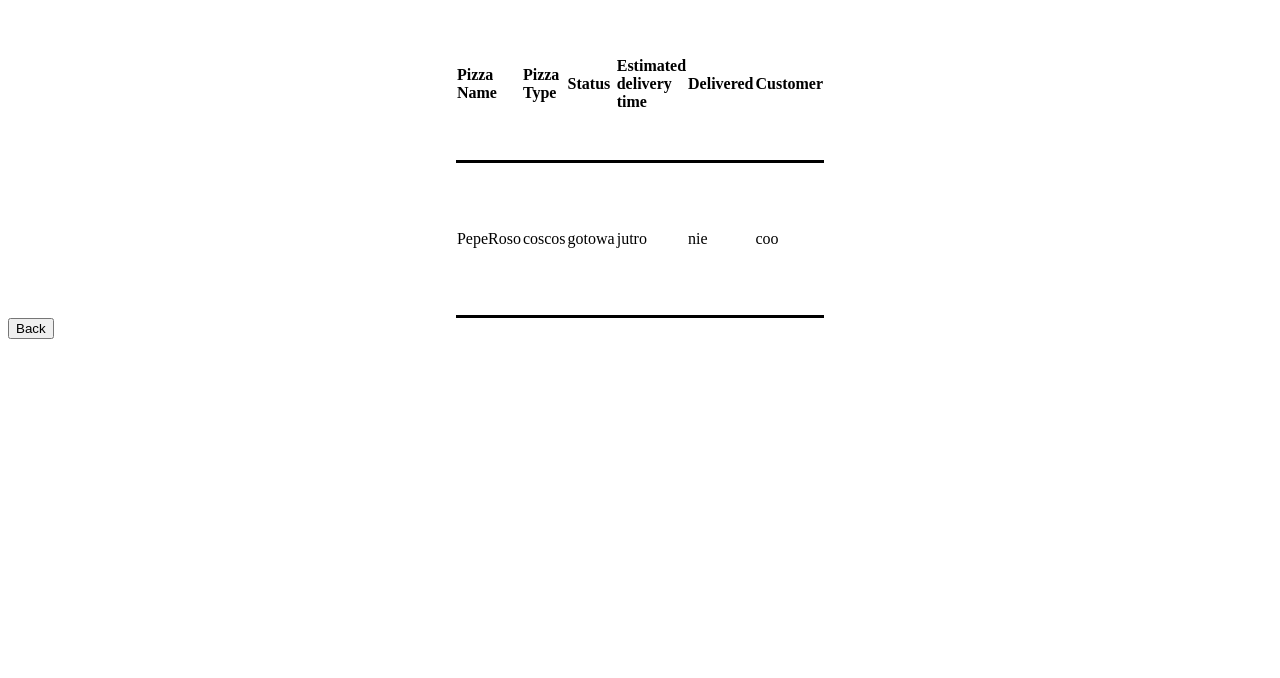
Repository: wisni4k/html-trainee
Page: testWeb/WebContent/OrdersList.html
The author's editor kept a copy of each file at every save. The page is drawn from the files as they stood at one save, then again after the next save.
The browser window is 1280 px wide. The pictures show the whole page.

Above is the page before, as saved 2015-07-10 13:17:47.

### testWeb/WebContent/OrdersList.html
<!DOCTYPE html>
<html>
<head>
<meta charset="UTF-8">
<title>Insert title here</title>
<link rel="stylesheet" type="text/css" href="TableStyle.css">
</head>
<body>

	<table>
		<tr>
			<td><b>Pizza Name</b></td>
			<td><b>Pizza Type</b></td>
			<td><b>Status </b></td>
			<td><b>Estimated delivery time</b></td>
			<td><b>Delivered</b></td>
			<td><b>Customer</b></td>

		</tr>
		<tr>
			<td>PepeRoso</td>
			<td>coscos</td>
			<td>gotowa</td>
			<td>jutro</td>
			<td>nie</td>
			<td>coo</td>
		</tr>
	</table>
	<form action="Formularz.html">
		<input type="submit" value="Back">
	</form>

</body>
</html>

### testWeb/WebContent/TableStyle.css
@CHARSET "UTF-8";

table ,td{
	border-collapse: collapse;
	border-bottom-style: solid;
	margin-left: auto;
	margin-right: auto;
	width:150px;
	height: 150px;
}

After the next save:
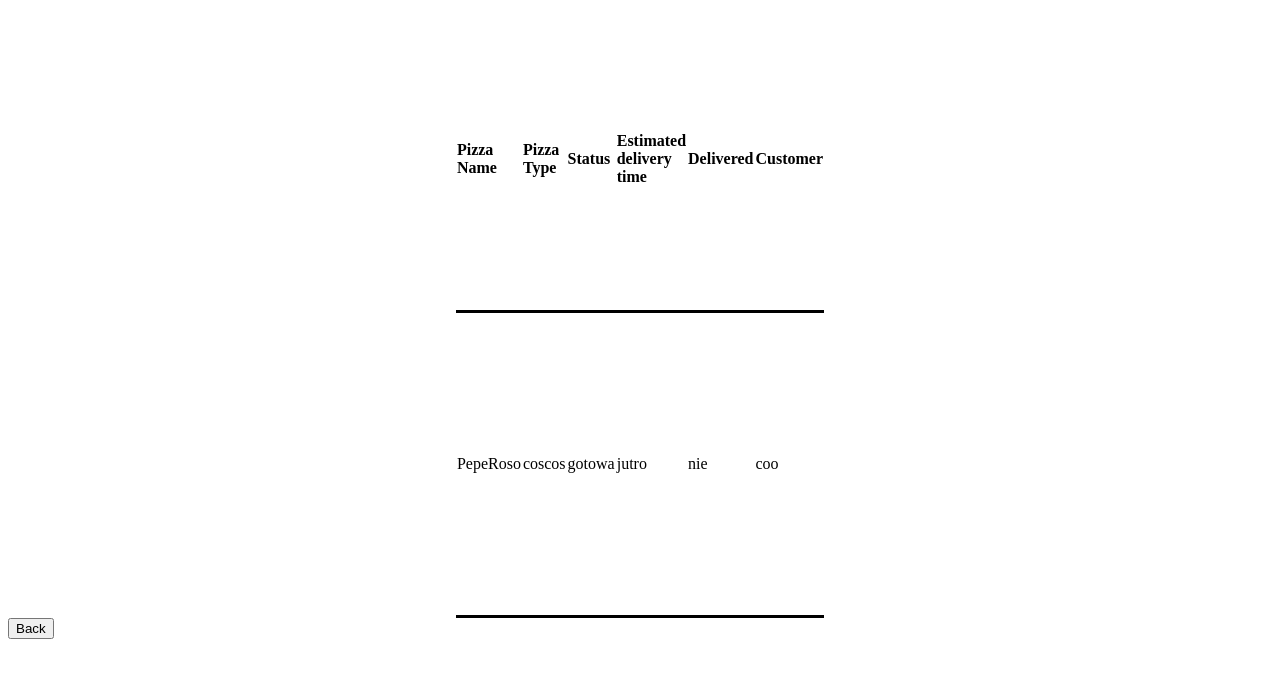
Saved 11 s later.
--- a/testWeb/WebContent/TableStyle.css
+++ b/testWeb/WebContent/TableStyle.css
@@ -5,6 +5,6 @@ table ,td{
 	border-bottom-style: solid;
 	margin-left: auto;
 	margin-right: auto;
-	width:150px;
-	height: 150px;
+	width:300px;
+	height: 300px;
 }
